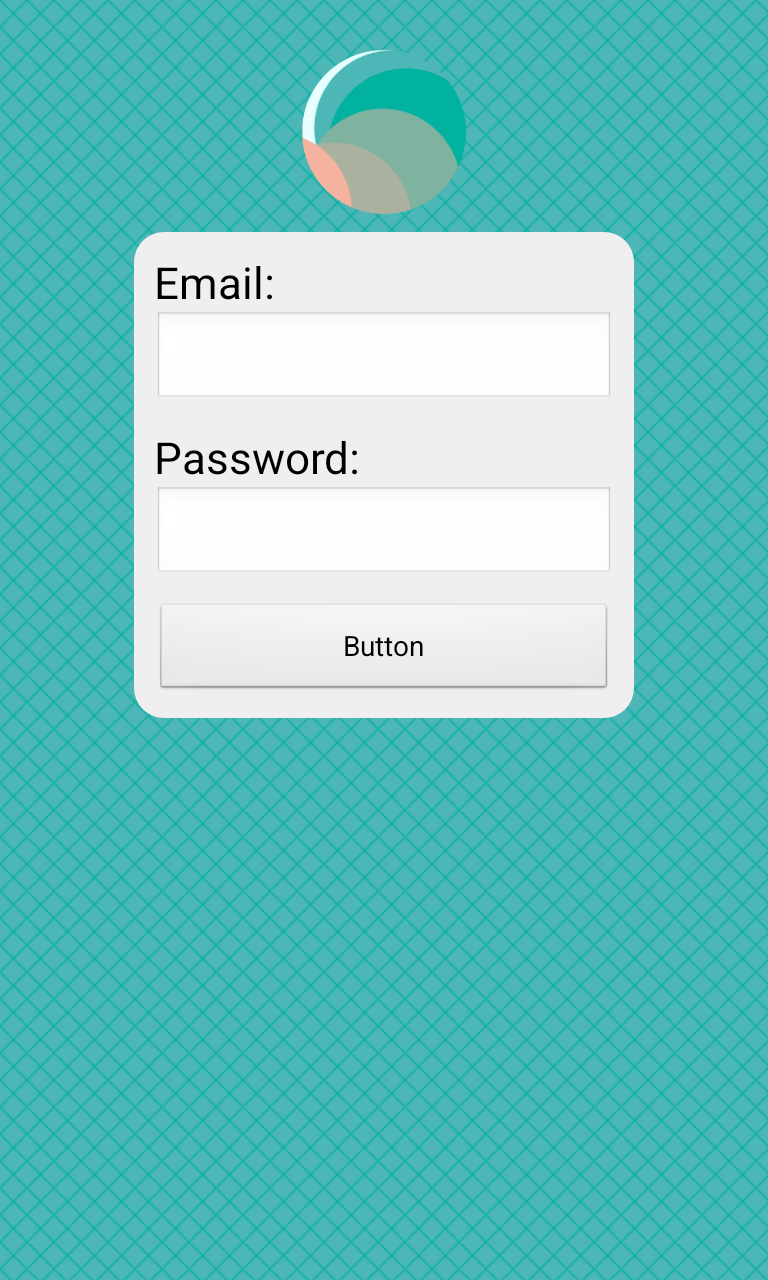
Repository: ppamorim/Coderock-X
Layout: workspace-Android/teste1/res/layout/activity_login.xml
The author's editor kept a copy of each file at every save. The layout is drawn from the files as they stood at one save, then again after the next save.
It is drawn on a 768 x 1280 px phone screen (xhdpi) without system bars, with theme android:Theme.NoTitleBar; the app's code is not run.

Above is the layout before, as saved 2014-01-05 06:09:19.

After the next save:
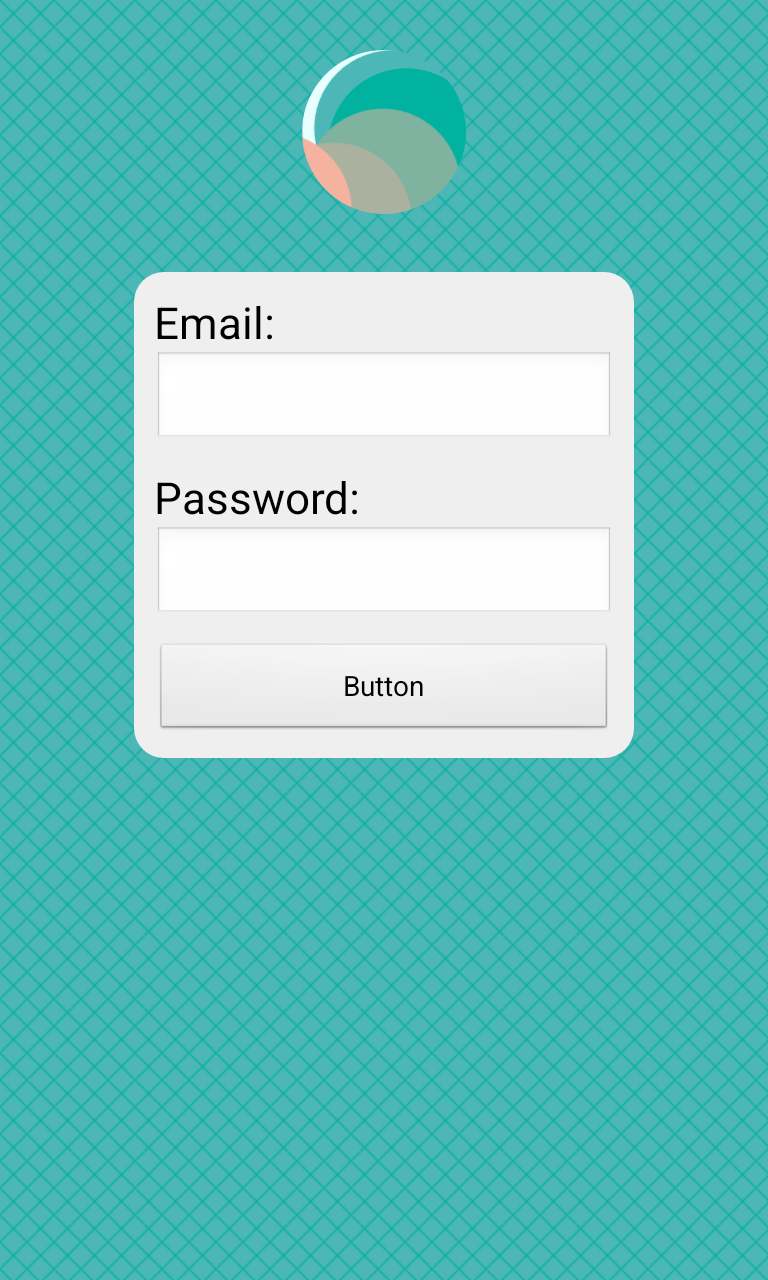
Saved 8 s later.
--- a/workspace-Android/teste1/res/layout/activity_login.xml
+++ b/workspace-Android/teste1/res/layout/activity_login.xml
@@ -32,7 +32,7 @@
         android:layout_height="wrap_content"
         android:layout_gravity="center"
 
-        android:layout_marginTop="0dp">
+        android:layout_marginTop="20dp">
 
 
 
